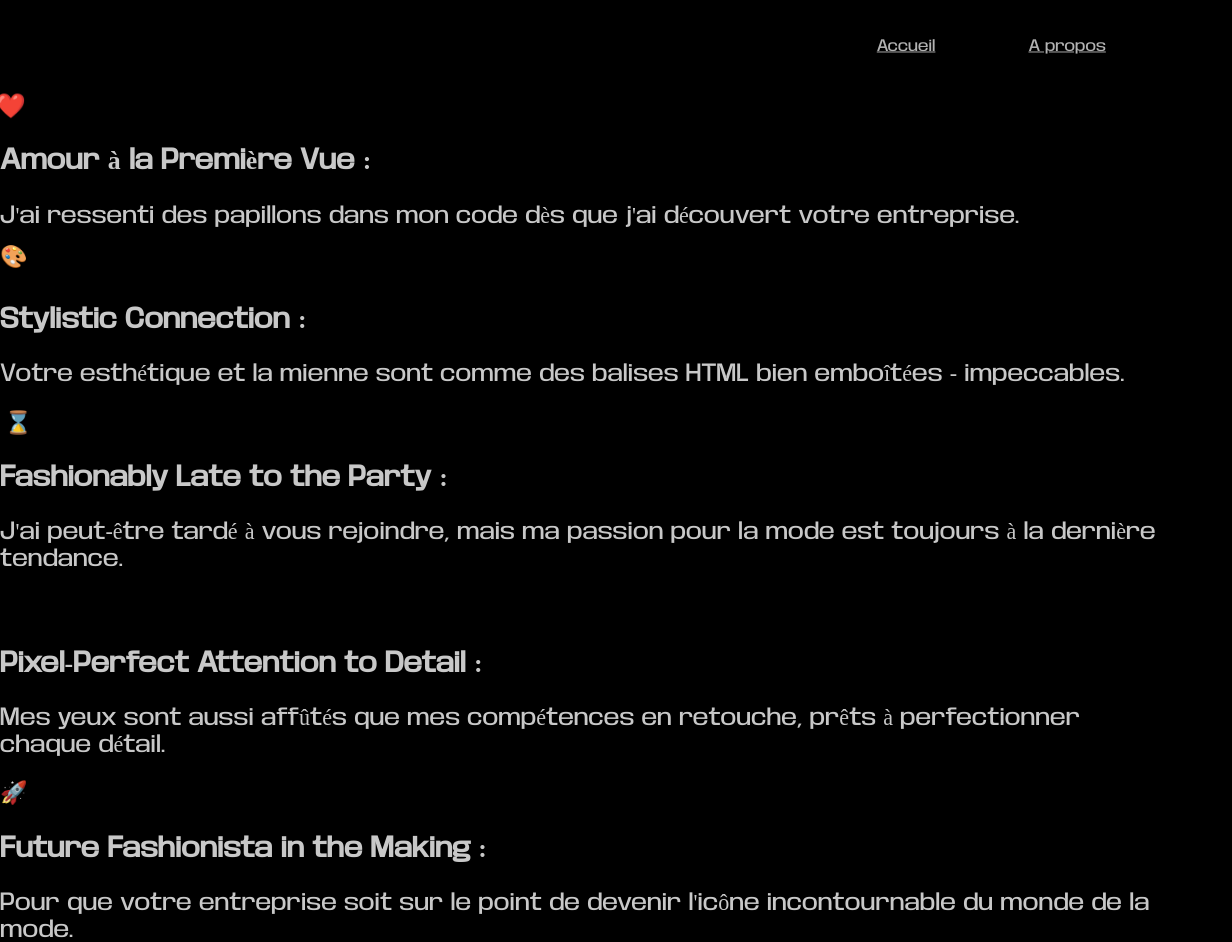
Repository: inessben/application
Page: company/company.html
An editor plug-in stored every save of this project. The page is shown before and after the next save, followed by the edit.
The browser window is 1280 px wide. The page is 1339 px wide, then 1280 px, so the pictures cover 1339 px, including what lies to the right of the window. The pictures show the whole page, at 92% of full size.

Above is the page before, as saved 2023-12-04 03:02:19.

### company/company.html
<!DOCTYPE html>
<html lang="en">
<head>
    <meta charset="UTF-8">
    <meta name="viewport" content="width=device-width, initial-scale=1.0">
    <!-- generate the icon -->
    <link rel="apple-touch-icon" sizes="180x180" href="/favicon/apple-touch-icon.png">
    <link rel="icon" type="image/png" sizes="32x32" href="/favicon/favicon-32x32.png">
    <link rel="icon" type="image/png" sizes="16x16" href="/favicon/favicon-16x16.png">
    <link rel="manifest" href="/favicon/site.webmanifest">
    <link rel="mask-icon" href="/favicon/safari-pinned-tab.svg" color="#5bbad5">
    <meta name="msapplication-TileColor" content="#da532c">
    <!--  -->
    <meta name="theme-color" content="#ffffff">
    <title>#slowlyApplication</title>
    <link rel="stylesheet" href="company.css">

</head>
<body>
    <section id="nav-header">
        <header class="links">
            <a href="/index.html" class="link">Accueil</a>
            <a href="/about/about.html" class="link">A propos</a>
        </header>
    </section>
    <section id="creative-section">
        <section id="sentences">
            <div id="heart-animation">❤️</div>
            <h3>Amour à la Première Vue :</h3>
            <p>J'ai ressenti des papillons dans mon code dès que j'ai découvert votre entreprise.</p>
        </section>

        <section id="sentences">
            <div id="stylistic-connection-animation">🎨</div>
            <h3>Stylistic Connection :</h3>
            <p>Votre esthétique et la mienne sont comme des balises HTML bien emboîtées - impeccables.</p>
        </section>

        <section id="sentences">
            <div id="fashionably-late-animation">⌛</div>
            <h3>Fashionably Late to the Party :</h3>
            <p>J'ai peut-être tardé à vous rejoindre, mais ma passion pour la mode est toujours à la dernière tendance.</p>
        </section>


        <section id="sentences">
            <div id="pixel-perfect-animation">🔍</div>
            <h3>Pixel-Perfect Attention to Detail :</h3>
            <p>Mes yeux sont aussi affûtés que mes compétences en retouche, prêts à perfectionner chaque détail.</p>
        </section>

        <section id="sentences">
            <div id="future-fashionista-animation">🚀</div>
            <h3>Future Fashionista in the Making :</h3>
            <p>Pour que votre entreprise soit sur le point de devenir l'icône incontournable du monde de la mode.</p>
        </section>
    </section>


</body>
</html>

### company/company.css
@font-face {
    font-family: "Jolley";
    src: url("/fonts/jolley.woff");
    }

@font-face {
    font-family: "Base Neue";
    src: url("/fonts/base-neue.ttf");
    }

::-webkit-scrollbar {
    width: 8px;
    }

::-webkit-scrollbar-track {
    background-color: #000;
    }

::-webkit-scrollbar-thumb {
    background-color: #4b4b4b;
    border-radius: 4px;
    }

::-webkit-scrollbar-thumb:hover {
    opacity: 0.7;
    }

html {
    scroll-behavior: smooth;
    }

body {
font-family: "Base Neue";
    margin: 0;
    padding: 0;
    display: flex;
    align-items: center;
    justify-content: center;
    height: 100vh;
    background-color: #000000;
    color: #c8c8c8;
    font-size: 24px;
    }

#nav-header {
        position: absolute;
        top: 30px;
        right: 20px;
        font-size: 16px;
        font-weight: 500;
        padding: 10px;
    }

.link {
    padding: 8px;
    text-decoration: #b3b3b3 underline;
    color: #b3b3b3;
    margin: auto 40px;
    }

.link:hover {
        opacity: 0.7;
    }

#creative-section{
    position: relative;
    height: 100vh;
    top: 100px;
}

#heart-animation {
    width: 100px;
    animation: heartbeat 1.5s infinite;
    }

#stylistic-connection-animation {
    animation: styleConnection 2s infinite alternate;
    }

#fashionably-late-animation {
    animation: fashionablyLate 1s infinite alternate;
    }

#pixel-perfect-animation {
    animation: pixelPerfect 1.5s infinite alternate;
    }

#future-fashionista-animation {
    animation: futureFashionista 2s infinite alternate;
    }

@keyframes heartbeat {
    0%, 100% {
    transform: scale(1);
    }
    50% {
    transform: scale(1.1);
    }
}

@keyframes styleConnection {
    0% {
    transform: translateY(0);
    }
    100% {
    transform: translateY(-10px);
    }
}

@keyframes fashionablyLate {
    0% {
    transform: translateX(0);
    }
    100% {
    transform: translateX(5px);
    }
}

@keyframes pixelPerfect {
    0% {
    transform: scaleX(1);
    }
    100% {
    transform: scaleX(1.1);
    }
}

@keyframes futureFashionista {
    0% {
    opacity: 0.8;
    }
    100% {
    opacity: 1;
    }
}

footer{
    /* position: relative; */
    top: 900px;
    align-items: center;
    justify-content: center;
    display: flex;
    font-size: 18px;
    /* align-items: center; */
    /* justify-content: center; */
    }

After the next save:
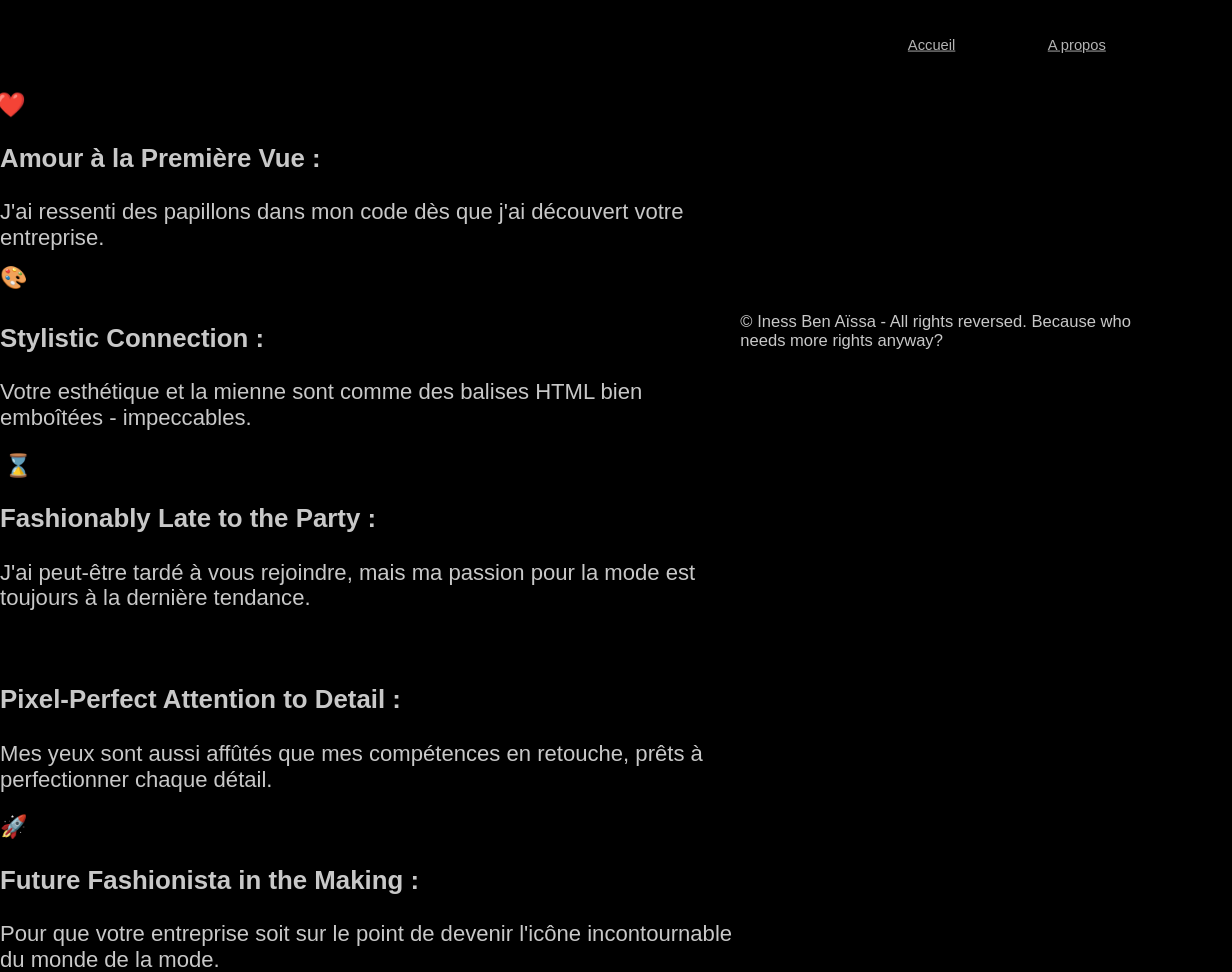
Saved 31 s later.
--- a/company/company.html
+++ b/company/company.html
@@ -14,7 +14,20 @@
     <meta name="theme-color" content="#ffffff">
     <title>#slowlyApplication</title>
     <link rel="stylesheet" href="company.css">
+    <style>
+        body {
+            font-family: 'Arial', sans-serif;
+        }
 
+        #sentences {
+            opacity: 0;
+            transition: opacity 0.5s ease-in-out;
+        }
+
+        .visible {
+            opacity: 1;
+        }
+    </style>
 </head>
 <body>
     <section id="nav-header">
@@ -23,39 +36,64 @@
             <a href="/about/about.html" class="link">A propos</a>
         </header>
     </section>
+
     <section id="creative-section">
-        <section id="sentences">
+        <section class="sentences" id="heart-sentence">
             <div id="heart-animation">❤️</div>
             <h3>Amour à la Première Vue :</h3>
             <p>J'ai ressenti des papillons dans mon code dès que j'ai découvert votre entreprise.</p>
         </section>
 
-        <section id="sentences">
+        <section class="sentences" id="stylistic-connection-sentence">
             <div id="stylistic-connection-animation">🎨</div>
             <h3>Stylistic Connection :</h3>
             <p>Votre esthétique et la mienne sont comme des balises HTML bien emboîtées - impeccables.</p>
         </section>
 
-        <section id="sentences">
+        <section class="sentences" id="fashionably-late-sentence">
             <div id="fashionably-late-animation">⌛</div>
             <h3>Fashionably Late to the Party :</h3>
             <p>J'ai peut-être tardé à vous rejoindre, mais ma passion pour la mode est toujours à la dernière tendance.</p>
         </section>
 
-
-        <section id="sentences">
+        <section class="sentences" id="pixel-perfect-sentence">
             <div id="pixel-perfect-animation">🔍</div>
             <h3>Pixel-Perfect Attention to Detail :</h3>
             <p>Mes yeux sont aussi affûtés que mes compétences en retouche, prêts à perfectionner chaque détail.</p>
         </section>
 
-        <section id="sentences">
+        <section class="sentences" id="future-fashionista-sentence">
             <div id="future-fashionista-animation">🚀</div>
             <h3>Future Fashionista in the Making :</h3>
             <p>Pour que votre entreprise soit sur le point de devenir l'icône incontournable du monde de la mode.</p>
         </section>
     </section>
 
+    <footer>
+        <p>© Iness Ben Aïssa - All rights reversed. Because who needs more rights anyway?</p>
+    </footer>
 
+    <script>
+        document.addEventListener("DOMContentLoaded", function() {
+            var sentences = document.querySelectorAll('.sentences');
+            var currentSentenceIndex = 0;
+
+            function displayNextSentence() {
+                if (currentSentenceIndex < sentences.length) {
+                    sentences[currentSentenceIndex].classList.add('visible');
+                    currentSentenceIndex++;
+                }
+            }
+
+            document.body.addEventListener('keydown', function(event) {
+                if (event.code === 'Space') {
+                    displayNextSentence();
+                }
+            });
+
+            // Trigger the first sentence on page load
+            displayNextSentence();
+        });
+    </script>
 </body>
 </html>
